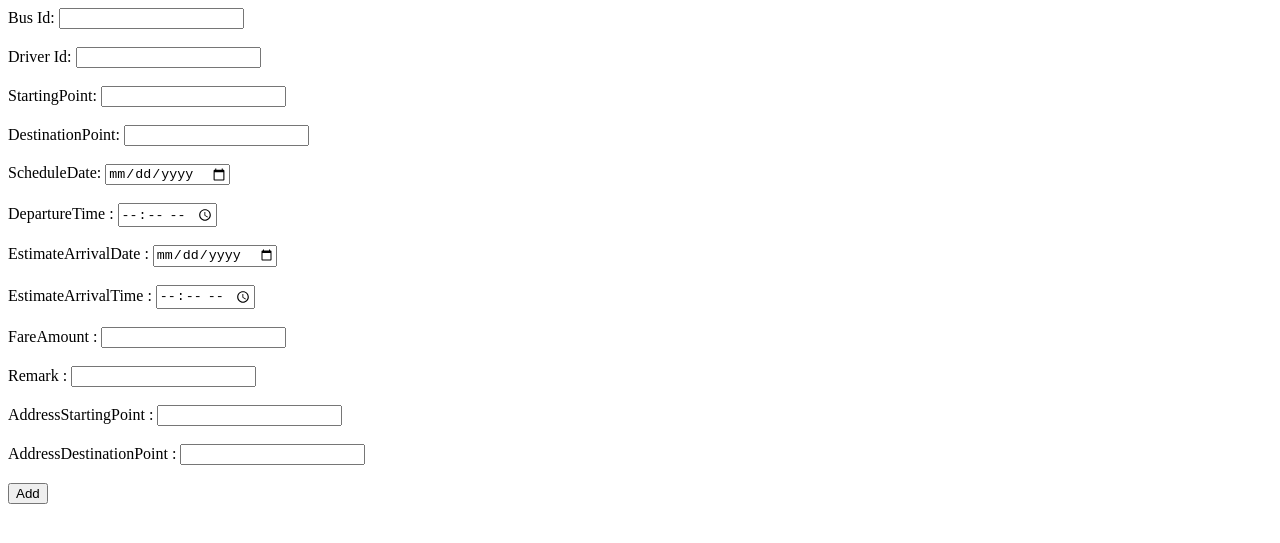
Repository: gummabhargavi/DynWebEjBPoject-AND-server
Page: DynWebEjbBusProject/WebContent/AddTravel.html
These files come from the project's save history. The page is drawn as it stood at one moment and after the next save; the edit follows.
The browser window is 1280 px wide. The pictures show the whole page.

Above is the page before, as saved 2022-12-07 12:20:30.

After the next save:
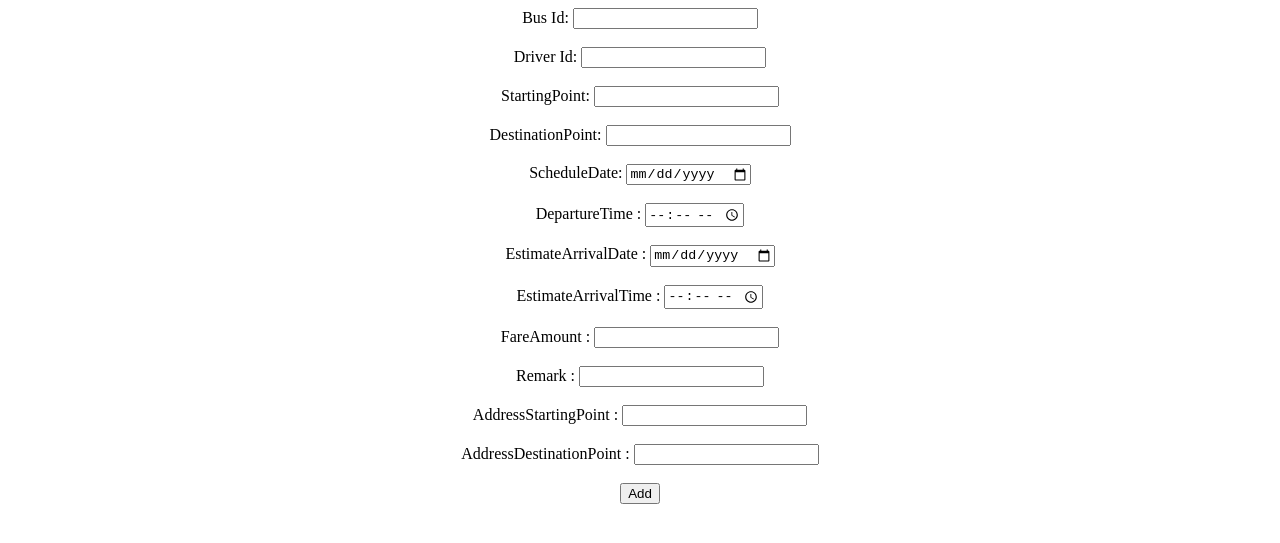
Saved 100 s later.
--- a/DynWebEjbBusProject/WebContent/AddTravel.html
+++ b/DynWebEjbBusProject/WebContent/AddTravel.html
@@ -5,7 +5,8 @@
 <title>Insert title here</title>
 </head>
 <body>
-   <form action="AddTravelServlet">
+   <form action="AddTravelServlet" align="center">
+   <center>
          Bus Id:
            <input type="text" name="bus_id"><br/><br/>
          Driver Id:
